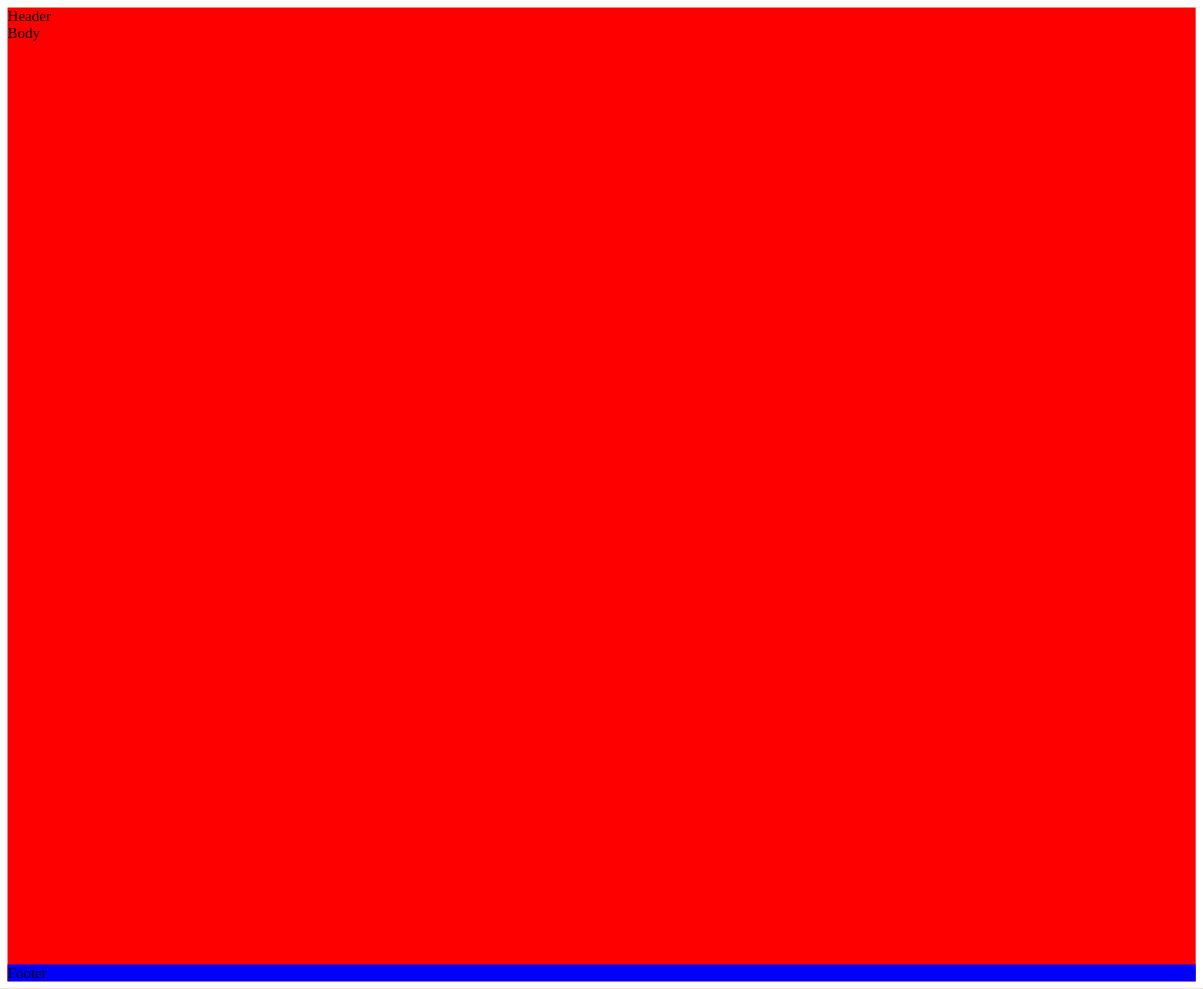
Repository: slowmoter1/samurai_HTML-CSS
Page: ninni.html
The author's editor kept a record of every edit. The page is drawn from the files as they stood at one moment, then again after the next edit.
The browser window is 1280 px wide. The pictures show the whole page, at 94% of full size.

Above is the page before.

After the next edit:
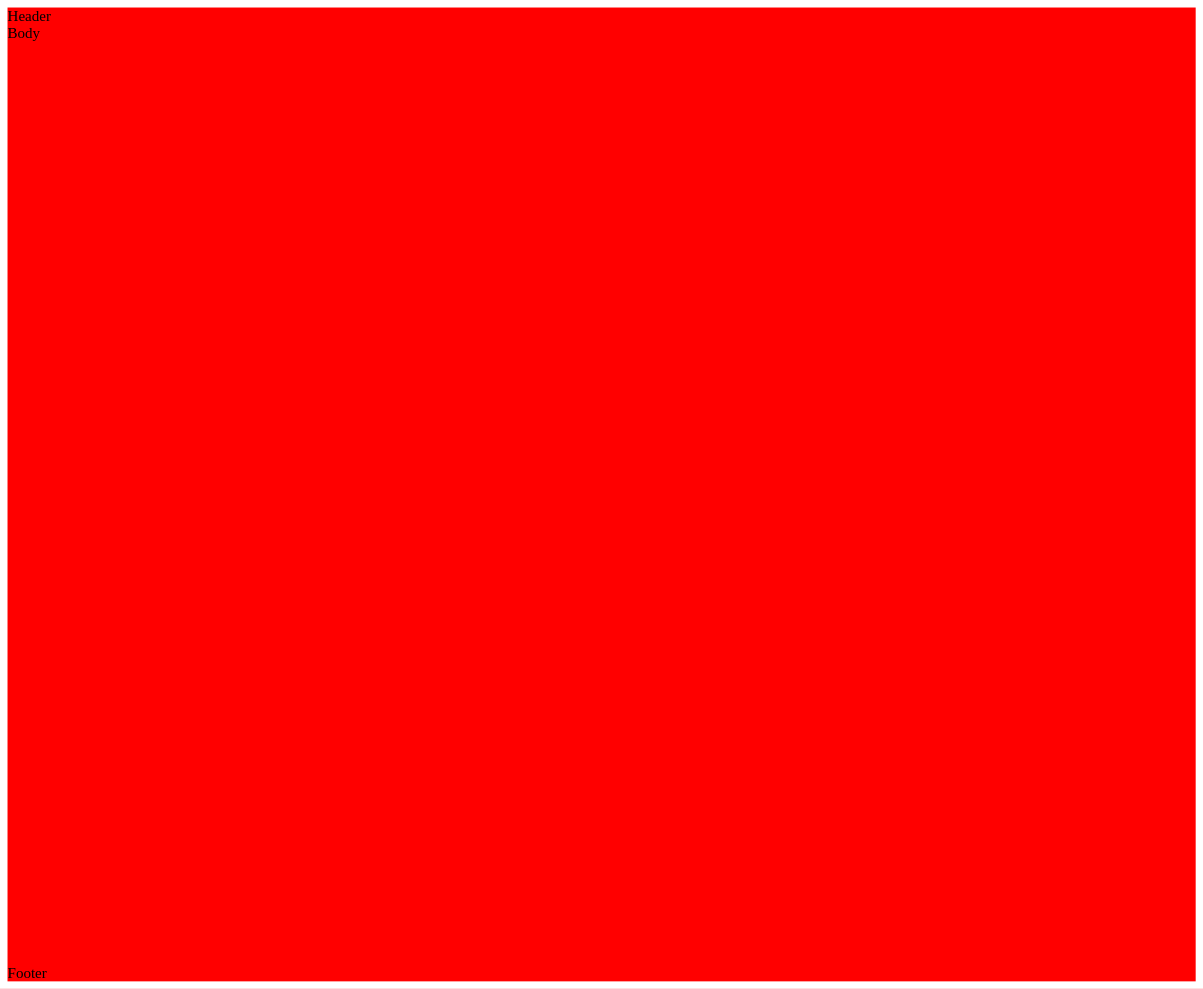
The edit:
--- a/ninni.html
+++ b/ninni.html
@@ -6,7 +6,7 @@
 
             }
 
-            footer{
+            #footer{
                 background-color: blue;
             }
 
